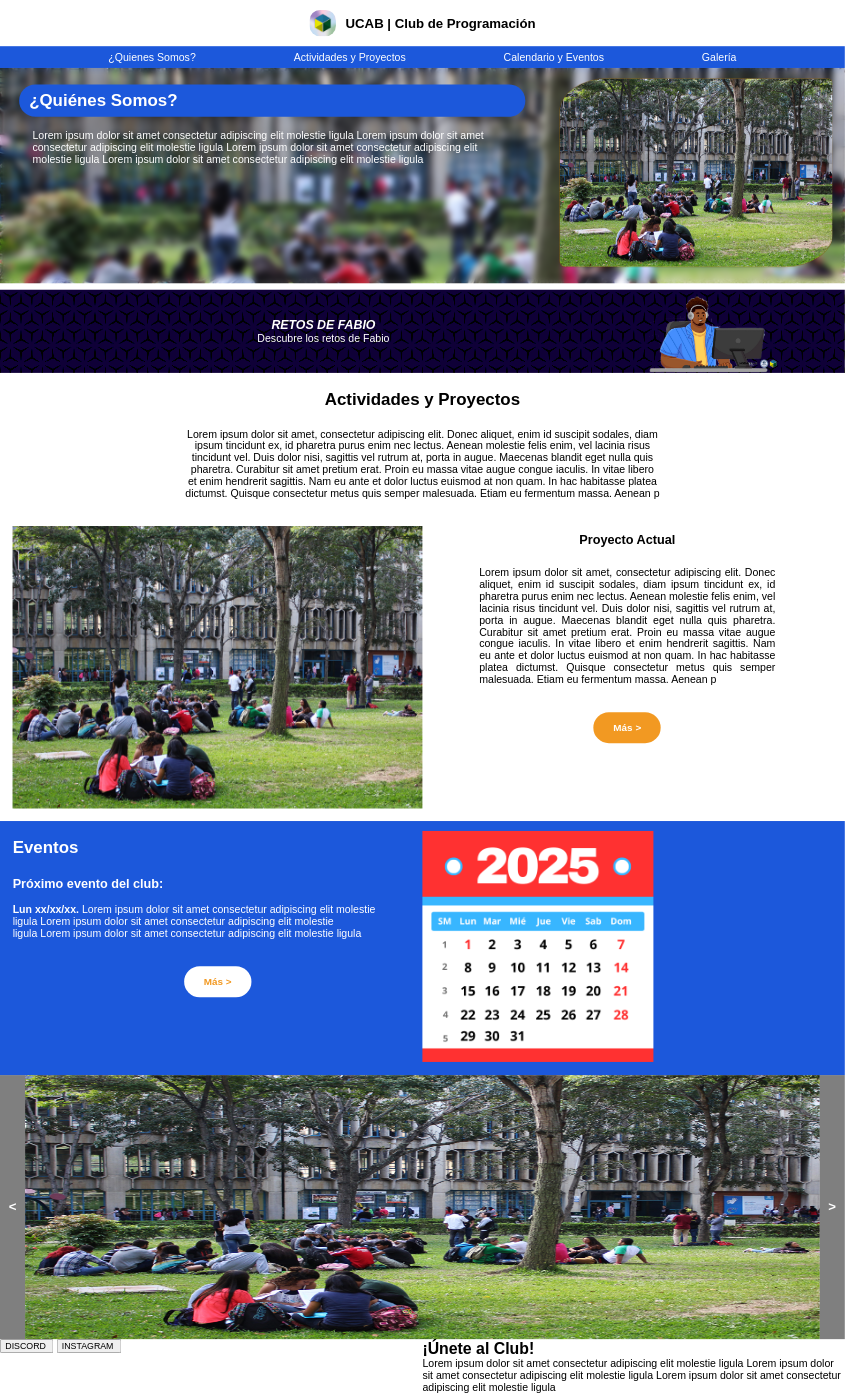
Repository: LuisR404/LandingPage
Page: Pages/QuienesSomos.html
The author's editor kept a copy of each file at every save. The page is drawn from the files as they stood at one save, then again after the next save.
The browser window is 1280 px wide. The pictures show the whole page, at 66% of full size.

Above is the page before, as saved 2025-11-10 14:43:10.

### Pages/QuienesSomos.html
<!DOCTYPE html>
<html lang="es">
<head>
    <meta charset="UTF-8">
    <meta name="viewport" content="width=device-width, initial-scale=1.0">
    <link rel="stylesheet" href="../Styles/CommonStyles.css">   <!-- ESTILOS GENERALES -->
    <link rel="stylesheet" href="../Styles/QuienesSomos.css">   <!-- ESTILOS DE LA PÁGINA -->
    <title>Quienes Somos</title>
</head>

<body>
    <!-- TITULO -->
    <section class="header">
        <img src="../resources/club_icon.jpg" alt="" id="header-logo">
        <h1>UCAB | Club de Programación</h1>
    </section>

    <!-- NAV BAR -->
    <nav class="header-nav">
        <ul>
            <li><a href="./QuienesSomos.html">¿Quienes Somos?</a></li>
            <li><a href="./ActividadesYProyectos.html">Actividades y Proyectos</a></li>
            <li><a href="./CalendarioYEventos.html">Calendario y Eventos</a></li>
            <li><a href="./Galeria.html">Galería</a></li>
        </ul>
    </nav>

    <!-- QUIENES SOMOS -->
    <section class="quienes-somos">
        <div class="container">
            <div id="quienes-somos-text">
                <h2>¿Quiénes Somos?</h2>
                <p>
                    Lorem ipsum dolor sit amet consectetur adipiscing elit molestie ligula
                    Lorem ipsum dolor sit amet consectetur adipiscing elit molestie ligula
                    Lorem ipsum dolor sit amet consectetur adipiscing elit molestie ligula
                    Lorem ipsum dolor sit amet consectetur adipiscing elit molestie ligula
                </p>
            </div>

            <div id="quienes-somos-img">
                <img src="../resources/test_img.jpg" alt="">
            </div>
        </div>
    </section>

    <!-- RETOS DE FABIO -->
    <section class="retos-fabio">
        <div>
            <h3><i>RETOS DE FABIO</i></h3>
            <p>Descubre los retos de Fabio</p>
        </div>

        <img src="../resources/fabio.png" alt="">
    </section>

    <!-- ACTIVIDADES Y PROYECTOS -->
    <section class="actividades-proyectos">
        <h2>Actividades y Proyectos</h2>

        <p>
            Lorem ipsum dolor sit amet, consectetur adipiscing elit. Donec aliquet,
            enim id suscipit sodales, diam ipsum tincidunt ex, id pharetra purus enim nec lectus.
            Aenean molestie felis enim, vel lacinia risus tincidunt vel. Duis dolor nisi, sagittis
            vel rutrum at, porta in augue. Maecenas blandit eget nulla quis pharetra. Curabitur sit amet pretium erat.
            Proin eu massa vitae augue congue iaculis. In vitae libero et enim hendrerit sagittis.
            Nam eu ante et dolor luctus euismod at non quam. In hac habitasse platea dictumst.
            Quisque consectetur metus quis semper malesuada. Etiam eu fermentum massa. Aenean p
        </p>

        <div class="proyecto">
            <img src="../resources/test_img.jpg" alt="">

            <div>

                <h3>Proyecto Actual</h3>

                <p>
                    Lorem ipsum dolor sit amet, consectetur adipiscing elit. Donec aliquet,
                    enim id suscipit sodales, diam ipsum tincidunt ex, id pharetra purus enim nec lectus.
                    Aenean molestie felis enim, vel lacinia risus tincidunt vel. Duis dolor nisi, sagittis
                    vel rutrum at, porta in augue. Maecenas blandit eget nulla quis pharetra. Curabitur sit amet pretium erat.
                    Proin eu massa vitae augue congue iaculis. In vitae libero et enim hendrerit sagittis.
                    Nam eu ante et dolor luctus euismod at non quam. In hac habitasse platea dictumst.
                    Quisque consectetur metus quis semper malesuada. Etiam eu fermentum massa. Aenean p
                </p>

                <button>Más ></button>
            </div>
        </div>
    </section>

    <!-- EVENTOS -->
    <section class="eventos">
        <div>

            <h2>Eventos</h2>

            <h3>Próximo evento del club:</h3>

            <p>
                <b>Lun xx/xx/xx.</b>
                Lorem ipsum dolor sit amet consectetur adipiscing elit molestie ligula
                Lorem ipsum dolor sit amet consectetur adipiscing elit molestie ligula
                Lorem ipsum dolor sit amet consectetur adipiscing elit molestie ligula
            </p>

            <button>Más ></button>

        </div>

        <img src="../resources/calendario_test_img.png" alt="">
    </section>

    <!-- CARRUSEL -->
    <section class="carrusel">
        <button><</button>

        <img src="../resources/test_img.jpg" alt="">

        <button>></button>
    </section>

    <!-- UNETE -->
    <section class="unete">
        <div>
            <button>DISCORD <img src="" alt=""></button>
            <button>INSTAGRAM <img src="" alt=""></button>
        </div>

        <div class="redes">
            <h2>¡Únete al Club!</h2>

            <p>
                Lorem ipsum dolor sit amet consectetur adipiscing elit molestie ligula
                Lorem ipsum dolor sit amet consectetur adipiscing elit molestie ligula
                Lorem ipsum dolor sit amet consectetur adipiscing elit molestie ligula
            </p>
        </div>
    </section>

</body>
</html>

### Styles/CommonStyles.css
/* ============ ESTILOS DE PAGINA ============ */
* {
    font-family: Arial, Helvetica, sans-serif;
    margin: 0;
}

img {
    max-width: 100% ;
}

/* ============ HEADER ============ */
.header {
    display: flex;
    justify-content: center;
    align-items: center;

    padding-top: 15px;
    padding-bottom: 15px;
}

.header h1 {  /* ------> titulo */
    font-size: clamp(17px, 4vw, 20px);
    white-space: nowrap;

    margin-left: 15px;
}

#header-logo {  /* ------> logo */
    width: clamp(32px, 7vw, 40px);
    height: clamp(32px, 7vw, 40px);

    border-radius: 40%;
}

/* ========== NAV BAR ========== */
.header-nav {
    display: flex;
    justify-content: center;

    padding-top: 7.5px;
    padding-bottom: 7.5px;


    background-color: #1C58DB;
}

.header-nav ul {  /* ------> lista */
    display: flex;
    flex-direction: row;
    justify-content: space-around;

    width: 1100px;

    padding: 0;

    list-style: none;
}

.header-nav ul li a {  /* ------> links */
    text-decoration: none;
    color: white;
}

### Styles/QuienesSomos.css
/* =========== QUIENES SOMOS =========== */

.quienes-somos {
    display: flex;
    justify-content: center;

    width: 100%;

    background-image: url(../resources//test_img.jpg);
    background-position: center;
    background-size: 100%;
    background-color: grey
}

.quienes-somos .container {
    display: grid;
    grid-template-rows: 1fr;
    grid-template-columns: 2fr 1fr;

    width: 100%;

    padding-top: clamp(5px, 1.2vw, 25px);
    padding-bottom: clamp(10px, 1.5vw, 30px);
    padding-left: clamp(2px, 1.5vw, 30px);
    padding-right: clamp(2px, 1.5vw, 30px);

    backdrop-filter: blur(5px);
}

/* -----------> texto <----------- */

#quienes-somos-text {  /* ----------> contenedor */
    display: flex;
    flex-direction: column;

    padding: 10px 4vw 10px 10px;
}


#quienes-somos-text h2 { /* ----------> subtitulo */
    font-size: clamp(20px, 2vw, 30px);
    font-weight: 800;
    white-space: nowrap;
    color: white;

    padding: 10px 15px 10px 15px;
    margin-bottom: 20px;

    border-radius: 30px;

    background-color: #1C58DB;
}

#quienes-somos-text p { /* ----------> parrafo */
    font-size: auto;
    color: white;

    justify-content: center;

    padding: 0px 20px;
}

/* -----------> imagen <----------- */

#quienes-somos-img { /* ----------> contenedor */
    width: 100%;
    height: auto;

    align-content: center;

    overflow: hidden;
}

#quienes-somos-img img{  /* ----------> imagen */
    width: 100%;
    height: auto;

    border: 1px solid   rgba(0, 0, 0, 0.2);
    border-radius: 18% 10px 18% 10px;

    background-color: rgba(255, 162, 0, 0.258);

    aspect-ratio: auto;
    object-fit: cover;
}

/* -----------> media queries <----------- */

@media (max-width: 600px) {

    .quienes-somos .container {
        grid-template-columns: 1fr; /* ------> ajusta la disposicion del grid */
    }

    #quienes-somos-img {
        display: none; /* --------> invisibiliza la imagen */
    }
}


/* =========== RETOS DE FABIO =========== */

.retos-fabio {
    display: grid;
    grid-template-columns: 1fr 300px;

    text-wrap: nowrap;

    margin-top: 10px;

    background-color: rgb(20, 0, 67);
    background-image: url('../resources/textura.jpg');
    background-size:15vw;
    background-blend-mode:color-burn;
}

/* -----------> texto <----------- */
.retos-fabio div {
    text-align: center;
    align-self: center;
    color: white;
    width: 100%;
}

/* -----------> imagen <----------- */
.retos-fabio img {
    justify-self: end;

    max-width: 200px;
    height: auto;

    margin-right: 100px;
    margin-top: 10px;
}

/* -----------> efecto hover <----------- */
.retos-fabio:hover {
    cursor: pointer;
}

/* -----------> media queries <----------- */

@media (max-width: 600px) {
    .retos-fabio {  /* ----------> ajusta la disposicion del grid */
        grid-template-columns: 1fr;
    }

    .retos-fabio img {  /* ----------> desaparece la imagen */
        display: none;
    }

    .retos-fabio div {  /* ----------> ajusta el texto y el margen */
        font-size: 12px;

        padding: 10px;
    }
}


/* =========== ACTIVIDADES Y PROYECTOS =========== */

.actividades-proyectos {
    display: flex;
    flex-direction: column;

    padding-top: clamp(5px, 1.2vw, 25px);
    padding-bottom: clamp(10px, 1.5vw, 30px);
    padding-left: clamp(2px, 1.5vw, 30px);
    padding-right: clamp(2px, 1.5vw, 30px);

}

.actividades-proyectos h2 {  /* ----------> subtitulo */
    font-size: clamp(20px, 2vw, 30px);
    font-weight: 800;
    text-align: center;
    white-space: nowrap;

    padding: 10px 15px 10px 15px;
    margin-bottom: 20px;
}

.actividades-proyectos p {  /* ----------> parrafo */
    text-align: center;
    text-wrap: balance;

    align-self: center;

    max-width: 60%;

    margin-bottom: 40px;
}

/* -----------> proyecto <----------- */

.proyecto {
    display: grid;
    grid-template-rows: 1fr;
    grid-template-columns: 1fr 1fr;
}

/* ----------->> imagen <<----------- */

.proyecto img {
    justify-self: right;
}

/* ----------->> texto <<----------- */

.proyecto div {  /* ----------> contenedor */
    display: flex;
    flex-direction: column;
    justify-self: left;

    padding-left: 30px;
    padding-right: 30px;
}

.proyecto div h3 {  /* ----------> subtitulo */
    font-size: clamp(15px, 1.5vw, 25px);
    font-weight: 800;
    text-align: center;
    white-space: nowrap;

    padding: 10px 15px 10px 15px;
    margin-bottom: 20px;
}

.proyecto div p {  /* ----------> parrafo */
    text-align: justify;
    hyphenate-limit-chars: 2;
    text-wrap: balance;

    align-self: center;

    max-width: 80%;

    margin-bottom: 40px;
}

.proyecto div button {  /* ----------> boton mas */
    font-size: 15px;
    font-weight: 800;
    color: white;

    align-self: center;

    width: fit-content;

    padding: 15px 30px;

    border: none;
    border-radius: 25px;
    background-color: #F29922;
}

/* =========== EVENTOS =========== */

.eventos {
    display: grid;
    grid-template-rows: 1fr;
    grid-template-columns: 1fr 1fr;

    max-width: 100%;

    padding-top: clamp(5px, 1.2vw, 25px);
    padding-bottom: clamp(10px, 1.5vw, 30px);
    padding-left: clamp(2px, 1.5vw, 30px);
    padding-right: clamp(2px, 1.5vw, 30px);

    background-color: #1C58DB;
}

/* -----------> texto <----------- */

.eventos div {
    display: flex;
    flex-direction: column;

    color: white;
}

.eventos div h2 {
    font-size: clamp(20px, 2vw, 30px);
    font-weight: 800;
    text-align: left;
    white-space: nowrap;

    padding: 10px 0px;
    margin-bottom: 20px;
}

.eventos div h3 {
    font-size: clamp(15px, 1.5vw, 25px);
    font-weight: 800;
    text-align: left;
    white-space: nowrap;

    margin-bottom: 20px;
}

.eventos div p {
    text-align: left;
    /* hyphenate-limit-chars: 2; */
    text-wrap: balance;
    align-self: left;

    margin-bottom: 40px;
}

.eventos div button {
    font-size: 15px;
    font-weight: 800;
    color: #F29922;

    align-self: center;

    width: fit-content;

    padding: 15px 30px;

    border: none;
    border-radius: 25px;
    background-color: white;
}

/* -----------> imagen <----------- */
.eventos img {
    width: 350px;
}


/* =========== CARRUSEL =========== */

.carrusel {
    display: flex;
    flex-direction: row;

    margin: 0px;
    padding: 0px;

    width: 100%;
    max-height: 400px
}

.carrusel img {
    width: 100%;
    /* object-fit: contain; */
}

.carrusel button {
    font-size: 20px;
    font-weight: 800;
    color: white;
    /* height: 100%; */
    width: 40px;

    border: none;
    border-radius: 0px;
    background-color: #00000080;
}

/* =========== UNETE =========== */

.unete {
    display: grid;
    grid-template-columns: repeat(2, 1fr)
}

/* -----------> redes <----------- */

.unete .redes {
    display: flex;
    flex-direction: column;
}

After the next save:
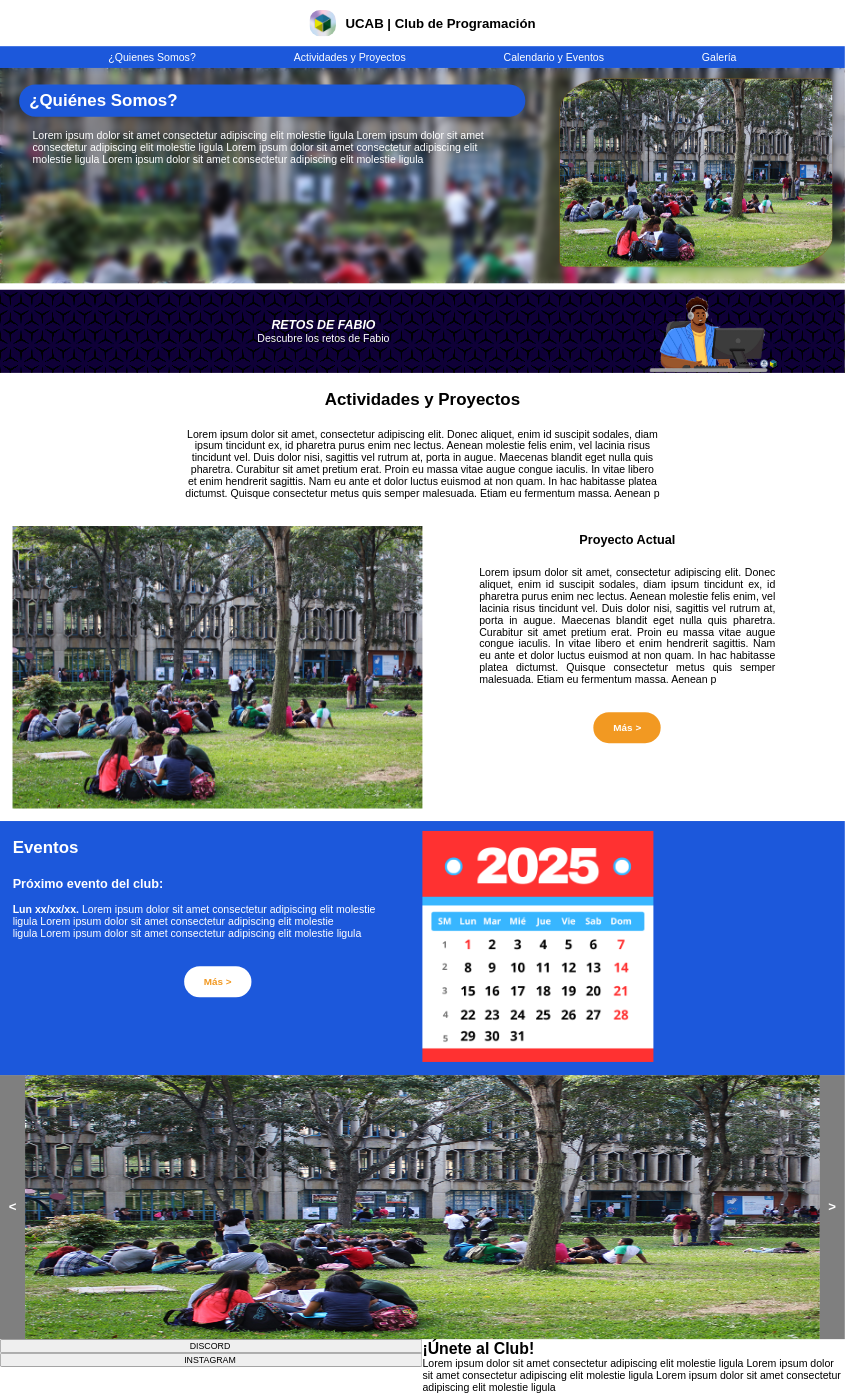
Saved 24 s later.
--- a/Pages/QuienesSomos.html
+++ b/Pages/QuienesSomos.html
@@ -123,12 +123,12 @@
 
     <!-- UNETE -->
     <section class="unete">
-        <div>
+        <div class="redes">
             <button>DISCORD <img src="" alt=""></button>
             <button>INSTAGRAM <img src="" alt=""></button>
         </div>
 
-        <div class="redes">
+        <div>
             <h2>¡Únete al Club!</h2>
 
             <p>
